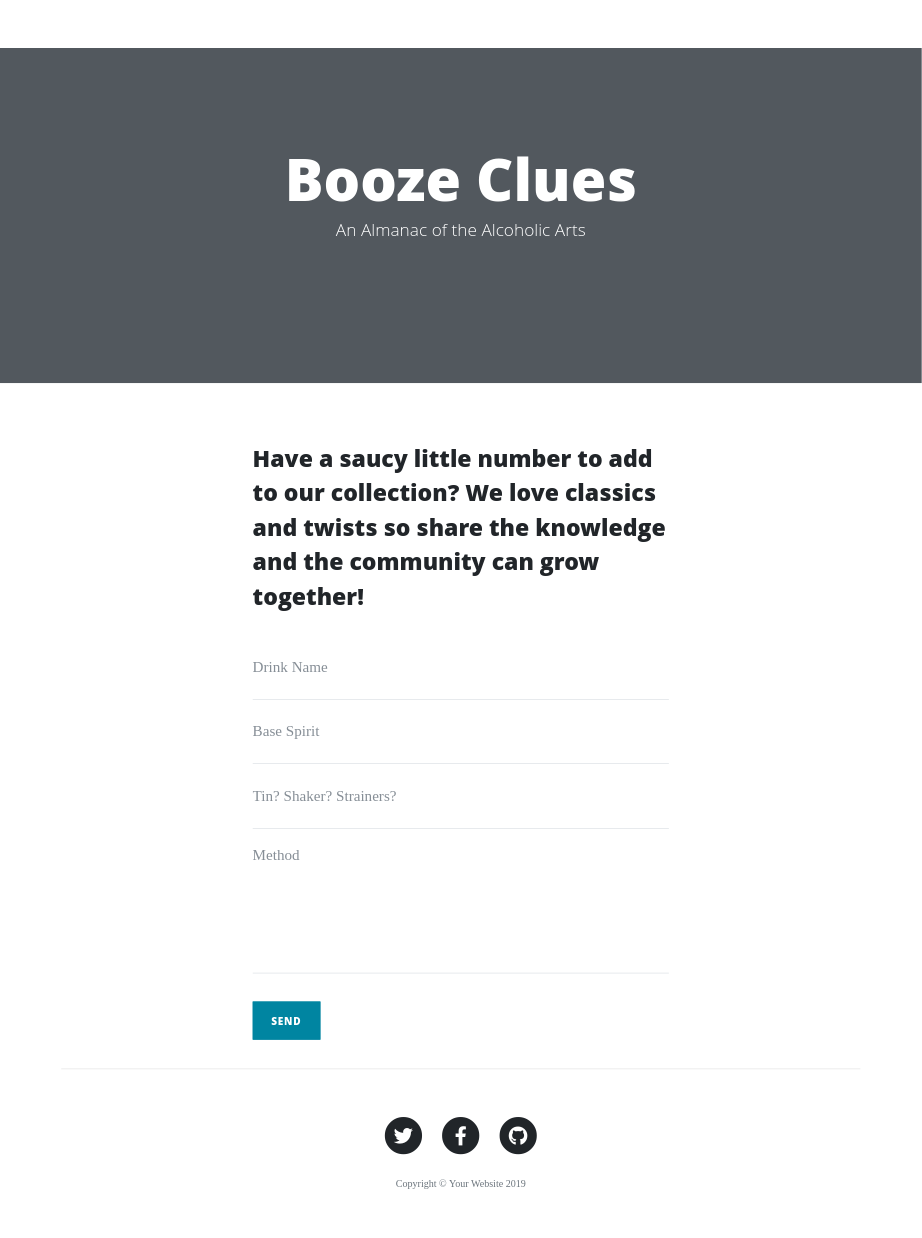
Repository: LiamB123/Booze-Clues
Page: http://localhost/add_recipe
The author's editor kept a record of every edit. The page is drawn from the files as they stood at one moment, then again after the next edit.
The browser window is 1280 px wide. The pictures show the whole page, at 72% of full size.
Some web fonts or font styles are not loaded; a fallback is used. The page is served by the project's application, run on Flask 3 (app.py). Other server files are loaded and not shown. Queries for data that is not in the repository find no rows.

Above is the page before.

### templates/add_recipe.html
{% extends 'base.html' %} {% block content %}

<div class="container">
    <div class="row">
        <div class="col-lg-10 col-md-10 mx-auto">
            <p>Have a saucy little number to add to our collection? We love classics and twists so share the knowledge and the community can grow together!</p>
            <!-- Contact Form - Enter your email address on line 19 of the mail/contact_me.php file to make this form work. -->
            <!-- WARNING: Some web hosts do not allow emails to be sent through forms to common mail hosts like Gmail or Yahoo. It's recommended that you use a private domain email address! -->
            <!-- To use the contact form, your site must be on a live web host with PHP! The form will not work locally! -->
            <form name="sentMessage" id="contactForm" novalidate>





                        <div class="control-group">
                            <div class="form-group floating-label-form-group controls">
                                <label>Drink Name </label>
                                <input type="text" class="form-control" placeholder="Drink Name" id="name" required data-validation-required-message="Please enter your name.">
                                <p class="help-block text-danger"></p>
                            </div>
                        </div>
                        <div class="control-group">
                            <div class="form-group floating-label-form-group controls">
                                <label>Base Spirit</label>
                                <input type="text" class="form-control" placeholder="Base Spirit" id="email" required data-validation-required-message="Please enter your email address.">
                                <p class="help-block text-danger"></p>
                            </div>
                        </div>
                        <div class="control-group">
                            <div class="form-group col-xs-12 floating-label-form-group controls">
                                <label>Equipment? </label>
                                <input type="tel" class="form-control" placeholder="Tin? Shaker? Strainers?" id="phone" required data-validation-required-message="Please enter your phone number.">
                                <p class="help-block text-danger"></p>
                            </div>
                        </div>
                        <div class="control-group">
                            <div class="form-group floating-label-form-group controls">
                                <label>Method</label>
                                <textarea rows="5" class="form-control" placeholder="Method" id="message" required data-validation-required-message="Please enter a message."></textarea>
                                <p class="help-block text-danger"></p>
                            </div>
                        </div>
                        <br>
                        <div id="success"></div>
                        <div class="form-group">
                            <button type="submit" class="btn btn-primary" id="sendMessageButton">Send</button>
                        </div>
            </form>
            </div>
            </div>
        </div>

{% endblock %}

### templates/base.html
<!DOCTYPE html>
<html lang="en">

<head>
  <meta charset="UTF-8">
  <meta name="viewport" content="width=device-width, initial-scale=1.0">
  <meta http-equiv="X-UA-Compatible" content="ie=edge">
  <title> Booze Bible </title>

  <!-- Bootstrap core CSS -->
  <link href="{{url_for('static', filename='vendor/bootstrap/css/bootstrap.min.css')}}" rel="stylesheet">

  <!-- Custom fonts for this template -->
  <link rel="stylesheet" href="{{url_for('static', filename='css/style.css')}}" type="text/css" />
  <link href="{{url_for('static', filename='vendor/fontawesome-free/css/all.min.css')}}" rel="stylesheet" type="text/css">
  <link href="{{url_for('static', filename='https://fonts.googleapis.com/css?family=Lora:400,700,400italic,700italic')}}" rel='stylesheet' type='text/css'>
  <link href="{{url_for('static',filename='https://fonts.googleapis.com/css?family=Open+Sans:300italic,400italic,600italic,700italic,800italic,400,300,600,700,800')}}" rel='stylesheet' type='text/css'>

  <!-- Custom styles for this template -->
  <link href="{{url_for('static', filename='css/clean-blog.min.css') }}" rel="stylesheet">

  <body>


    <!-- Navigation -->
    <nav class="navbar navbar-expand-lg navbar-light fixed-top" id="mainNav">
      <div class="container">
        <a class="navbar-brand" href="{{url_for('home')}}"><i class="fas fa-cocktail"></i><i class="fas fa-search"></i></a>
        <button class="navbar-toggler navbar-toggler-right" type="button" data-toggle="collapse" data-target="#navbarResponsive" aria-controls="navbarResponsive" aria-expanded="false" aria-label="Toggle navigation">
        Menu
        <i class="fas fa-bars"></i>
      </button>
        <div class="collapse navbar-collapse" id="navbarResponsive">
          <ul class="navbar-nav ml-auto">
            <li class="nav-item">
              <a class="nav-link" href="{{url_for('home')}}">Home</a>
            </li>
            <li class="nav-item">
              <a class="nav-link" href="{{url_for('about')}}">About Us </a>
            </li>
            <li class="nav-item">
              <a class="nav-link" href="{{url_for('get_recipes')}}">Recipes!</a>
            </li>
            <li class="nav-item">
              <a class="nav-link" href="{{url_for('add_recipe')}}">Add to the collection!</a>
            </li>
          </ul>
        </div>
      </div>
    </nav>

    <!-- Page Header -->
    <header class="masthead"  class= "background-pic" src="style.css">
      <div class="overlay"></div>
      <div class="container">
        <div class="row">
          <div class="col-lg-8 col-md-10 mx-auto">
            <div class="site-heading">
              <h1>Booze Clues</h1>
              <span class="subheading">An Almanac of the Alcoholic Arts</span>
            </div>
          </div>
        </div>
      </div>
    </header>

    <!-- Main Content -->
    <div class="container">
      <div class="row">
        <div class="col-lg-8 col-md-10 mx-auto">
          <div class="post-preview">

              <h2 class="post-title">

                {% block content %} {% endblock %}


                <!-- Pager -->

          </div>
        </div>
      </div>

      <hr>

      <!-- Footer -->
      <footer>
        <div class="container">
          <div class="row">
            <div class="col-lg-4 col-md-10 mx-auto">
              <ul class="list-inline text-center">
                <li class="list-inline-item">
                  <a href="#">
                <span class="fa-stack fa-lg">
                  <i class="fas fa-circle fa-stack-2x"></i>
                  <i class="fab fa-twitter fa-stack-1x fa-inverse"></i>
                </span>
              </a>
                </li>
                <li class="list-inline-item">
                  <a href="#">
                <span class="fa-stack fa-lg">
                  <i class="fas fa-circle fa-stack-2x"></i>
                  <i class="fab fa-facebook-f fa-stack-1x fa-inverse"></i>
                </span>
              </a>
                </li>
                <li class="list-inline-item">
                  <a href="#">
                <span class="fa-stack fa-lg">
                  <i class="fas fa-circle fa-stack-2x"></i>
                  <i class="fab fa-github fa-stack-1x fa-inverse"></i>
                </span>
              </a>
                </li>
              </ul>
              <p class="copyright text-muted">Copyright &copy; Your Website 2019</p>
            </div>
          </div>
        </div>
      </footer>


    </div>



    <!-- Bootstrap core JavaScript -->
    <script src="{{url_for('static', filename='vendor/jquery/jquery.min.js' ) }}"></script>
    <script src="{{url_for('static', filename='vendor/bootstrap/js/bootstrap.bundle.min.js' ) }}"></script>

    <!-- Custom scripts for this template -->
    <script src="{{url_for('static', filename='js/clean-blog.min.js' ) }}"></script>
  </body>

</html>

### app.py
import os
from flask import Flask, render_template , redirect , request , url_for
from flask_pymongo import PyMongo
from bson.objectid import ObjectId


app = Flask(__name__)

app.config["MONGO_DBNAME"] = 'drinks'
app.config["MONGO_URI"] = os.environ.get('MONGO_URI')

mongo = PyMongo(app)


@app.route('/')

@app.route('/home')
def home():
    return render_template("home.html")


@app.route('/get_recipes')
def get_recipes():
    return render_template("recipes.html", drinks_list=mongo.db.drinks_list.find())


@app.route('/add_recipe')
def add_recipe():
    return render_template('add_recipe.html', spirits=mongo.db.spirits.find())

@app.route('/insert_recipe', methods=['POST'])
def insert_recipe():
    drinks_list=mongo.db.drinks_list
    drinks_list.insert_one(request.form.to_dict())
    return redirect(url_for('get_recipes'))

@app.route('/about')
def about():
    return render_template('about.html')


if __name__ == '__main__':
    app.run(host=os.environ.get('IP'),
            port=int(os.environ.get('PORT')),
            debug=True)

### static/css/style.css
.grey{
    background-color: #fafafa
}

Loaded but not shown: static/css/clean-blog.min.css (library); static/js/clean-blog.min.js (common file)

After the next edit:
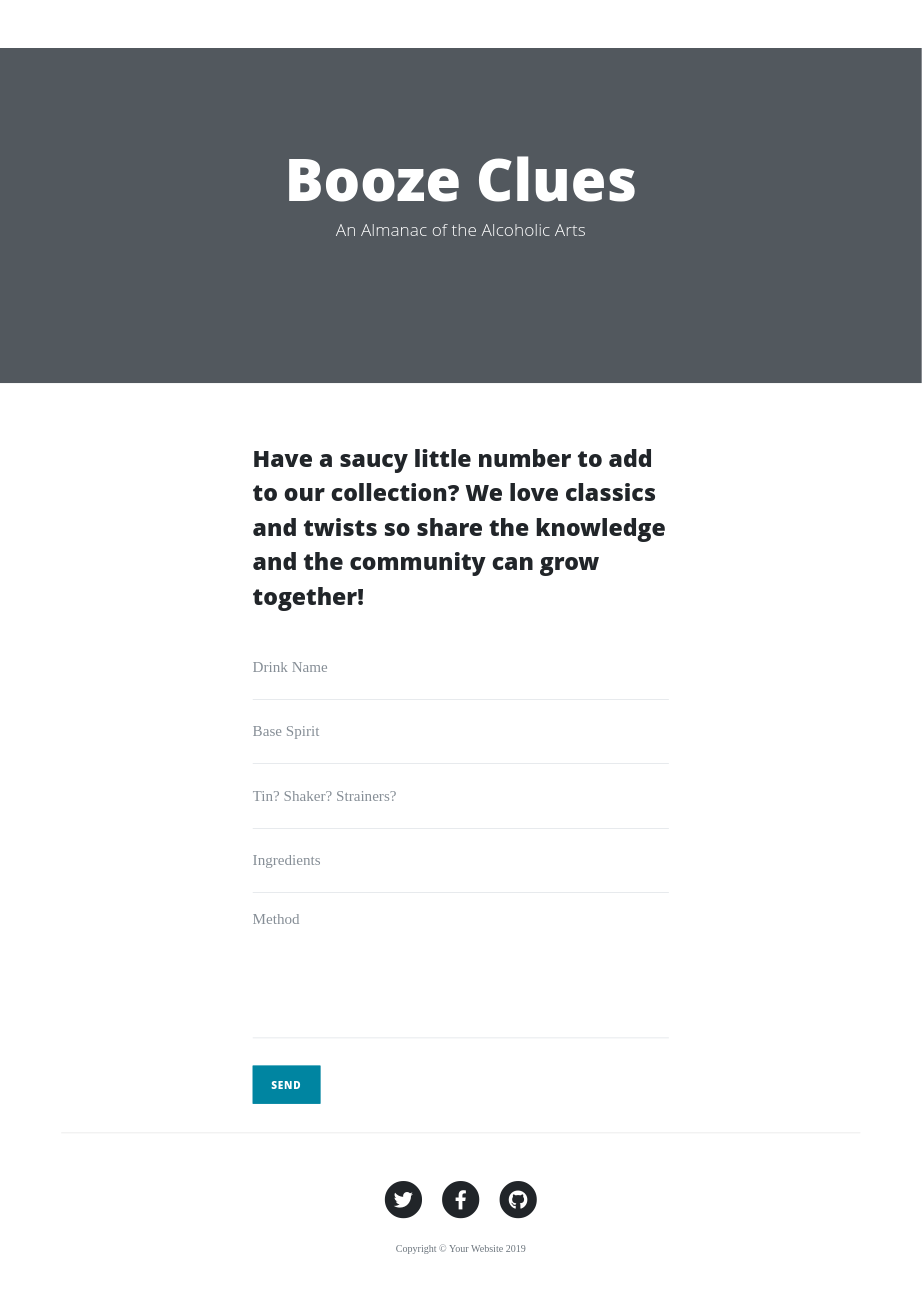
The edit:
--- a/templates/add_recipe.html
+++ b/templates/add_recipe.html
@@ -35,6 +35,13 @@
                             </div>
                         </div>
                         <div class="control-group">
+                            <div class="form-group col-xs-12 floating-label-form-group controls">
+                                <label>Ingredients</label>
+                                <input type="text" class="form-control" placeholder="Ingredients" id="phone" required data-validation-required-message="Please enter your phone number.">
+                                <p class="help-block text-danger"></p>
+                            </div>
+                        </div>
+                        <div class="control-group">
                             <div class="form-group floating-label-form-group controls">
                                 <label>Method</label>
                                 <textarea rows="5" class="form-control" placeholder="Method" id="message" required data-validation-required-message="Please enter a message."></textarea>
